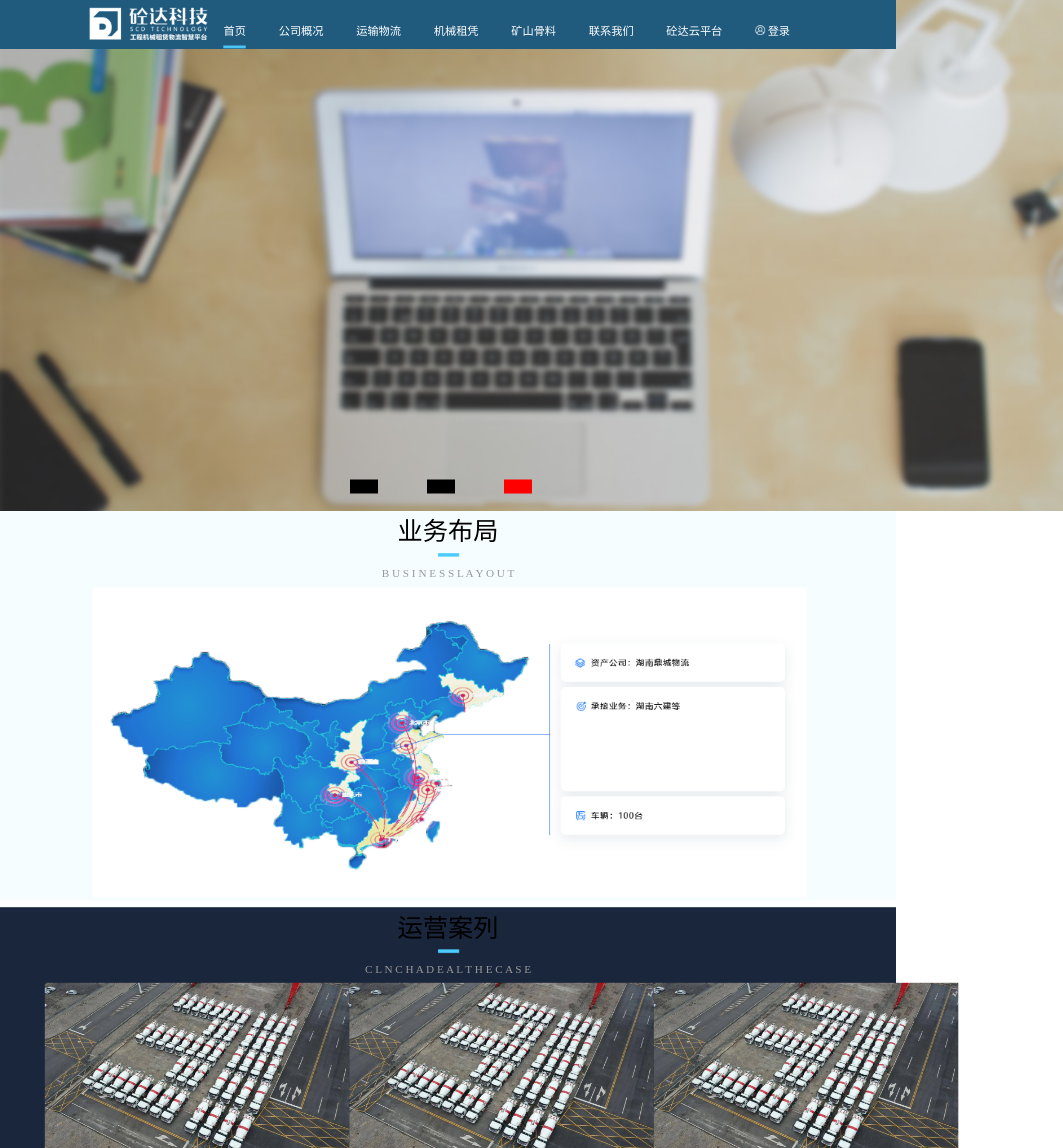
Repository: nzrdjdj/nzrdjdj.github.io
Page: index.html
The author's editor kept a copy of each file at every save. The page is drawn from the files as they stood at one save, then again after a run of saves.
The browser window is 1280 px wide. The page is 1519 px wide, so the pictures cover 1519 px, including what lies to the right of the window. The pictures show the part of the page from y = 0 to 1640 px (the page is 2766 px tall), at 70% of full size.

Above is the page before, as saved 2021-10-09 10:25:45.

### index.html
<!DOCTYPE html>
<html lang="en">

<head>
    <meta charset="UTF-8">
    <meta http-equiv="X-UA-Compatible" content="IE=edge">
    <meta name="viewport" content="width=device-width, initial-scale=1.0">
    <title>首页</title>
    <link rel="stylesheet" href="./css/index.css">
    <link rel="stylesheet" href="./css/lunbo.css">

</head>

<body>
    <div class="all">
        <div class="head">
            <div class="lunbox">
                <div class="lunbo1" id="lonzun">
                    <img style="display: block;" src="./images/slider/bg1.png" alt="">
                    <img src="./images/slider/bg3.jpg" />
                    <img src="./images/slider/bg2.jpg" />
                </div>
                <div class="button" id="bu">
                    <div class="hei"></div>
                    <div></div>
                    <div></div>
                </div>
                <!-- <img src="./images/slider/bg1.png" />
                <img src="./images/slider/bg3.jpg" />
                <img src="./images/slider/bg2.jpg" /> -->
            </div>
            <div class="head-title">
                <div class="head-nav">
                    <div class="left">
                        <image class="" src="./images/logo.png" mode="widthFix" />
                    </div>
                    <div class="right">
                        <div class="hover">首页</div>
                        <div>公司概况</div>
                        <div>运输物流</div>
                        <div>机械租凭</div>
                        <div>矿山骨料</div>
                        <div>联系我们</div>
                        <div>砼达云平台</div>
                        <div>
                            <image class="" src="./images/dl.png" "/>
                            登录
                        </div>
                    </div>
                </div>
            </div>
        </div>
        <div class=" main">
                                <!-- 业务 -->
                                <div class="firstmain">
                                    <div class="firstmain-info">业务布局</div>
                                    <div class="first-border">
                                        <image class="" src="./images/partners/bar.png" />
                                    </div>
                                    <div class="colorstyle">B U S I N E S S L A Y O U T</div>
                                    <div class="main-img">
                                        <image style="width: 80%;margin-top: 10px;" src="./images/partners/map.png"
                                            mode="widthFix" />
                                    </div>
                                </div>
                                <!-- 运营 -->
                                <div class="mainCenter">
                                    <div class="firstmain-info">运营案列</div>
                                    <div class="first-border">
                                        <image class="" src="./images/partners/bar.png" />
                                    </div>
                                    <div class="colorstyle">C L N C H A D E A L T H E C A S E</div>
                                    <div class="pgimg">
                                        <div class="img">
                                            <div class="yui">
                                                <image style="width: 435px;height: 245px;"
                                                    src="./images/partners/car2.png" />
                                                <div class="zzhao">
                                                    <div>查看案例详情</div>
                                                </div>
                                            </div>
                                            <div class="icon">123456</div>
                                        </div>
                                        <div class="img">
                                            <div class="yui">
                                                <image style="width: 435px;height: 245px;"
                                                    src="./images/partners/car2.png" />
                                                <div class="zzhao">
                                                    <div>查看案例详情</div>
                                                </div>
                                            </div>
                                            <div class="icon">123456</div>
                                        </div>
                                        <div class="img">
                                            <div class="yui">
                                                <image style="width: 435px;height: 245px;"
                                                    src="./images/partners/car2.png" />
                                                <div class="zzhao">
                                                    <div>查看案例详情</div>
                                                </div>
                                            </div>
                                            <div class="icon">123456</div>
                                        </div>
                                    </div>
                                    <div class="anli">
                                        <div>更多案例></div>
                                    </div>
                                </div>
                                <!-- 新闻资讯 -->
                                <div class="ctenrnew">
                                    <div class="xinwen">
                                        <div class="firstmain-info">新闻资讯</div>
                                        <div class="first-border">
                                            <image class="" src="./images/partners/bar.png" />
                                        </div>
                                        <div class="colorstyle">N E W S A N D infomation</div>
                                    </div>
                                    <div class="news">
                                        <div style="    padding-top: 22px;">
                                            <div>
                                                <image style="width: 435px;height: 245px;"
                                                    src="./images/partners/car2.png" />
                                            </div>
                                            <div style="width: 435px;">
                                                展会预告| 与您相约2021年长沙国际工程机械展览会<br>
                                                <span
                                                    style="color: gray;">2021长沙国际工程机械展览会将于5月19日在长沙国际会展中心拉开帷幕。这将是今年全球唯一举办的30万平方米超大型工程机械行业展会。</span>
                                            </div>
                                        </div>
                                        <div>
                                            <div
                                                style="height: 125px; margin-top: 20px; background-color: #fff;margin-left:10px;">
                                                <div style="display: flex;">
                                                    <div style="margin-left: 20px; margin-top: 20px;">
                                                        <div style="color: gray;font-size: 24px;">15</div>
                                                        <div style="color: gray;margin-top: 30px;">2021-03</div>
                                                    </div>
                                                    <div style="padding: 15px; line-height: 30px;">
                                                        <div>混凝土泵车的使用应注意哪些事项</div>
                                                        <span
                                                            style="color: gray;margin-top: 30px;padding-top: 20px; margin-left: 10px;">凝土泵车在进行各项操作时应有专业<br>的操作人员对其进行系统的培训...</span>
                                                    </div>
                                                </div>
                                            </div>
                                            <div
                                                style="height: 125px; margin-top: 20px; background-color: #fff;margin-left:10px;">
                                                <div style="display: flex;">
                                                    <div style="margin-left: 20px; margin-top: 20px;">
                                                        <div style="color: gray;font-size: 24px;">15</div>
                                                        <div style="color: gray;margin-top: 30px;">2021-03</div>
                                                    </div>
                                                    <div style="padding: 15px; line-height: 30px;">
                                                        <div>混凝土泵车的使用应注意哪些事项</div>
                                                        <span
                                                            style="color: gray;margin-top: 30px;padding-top: 20px; margin-left: 10px;">凝土泵车在进行各项操作时应有专业<br>的操作人员对其进行系统的培训...</span>
                                                    </div>
                                                </div>
                                            </div>
                                        </div>
                                        <div>
                                            <div
                                                style="height: 125px; margin-top: 20px; background-color: #fff;margin-left:10px;">
                                                <div style="display: flex;">
                                                    <div style="margin-left: 20px; margin-top: 20px;">
                                                        <div style="color: gray;font-size: 24px;">15</div>
                                                        <div style="color: gray;margin-top: 30px;">2021-03</div>
                                                    </div>
                                                    <div style="padding: 15px; line-height: 30px;">
                                                        <div style="color: #56CFFF;">混凝土泵车的使用应注意哪些事项</div>
                                                        <span
                                                            style="color: gray;margin-top: 30px;padding-top: 20px; margin-left: 10px;">凝土泵车在进行各项操作时应有专业<br>的操作人员对其进行系统的培训...</span>
                                                    </div>
                                                </div>
                                            </div>
                                            <div
                                                style="height: 125px; margin-top: 20px; background-color: #fff;margin-left:10px;">
                                                <div style="display: flex;">
                                                    <div style="margin-left: 20px; margin-top: 20px;">
                                                        <div style="color: gray;font-size: 24px;">15</div>
                                                        <div style="color: gray;margin-top: 30px;">2021-03</div>
                                                    </div>
                                                    <div style="padding: 15px; line-height: 30px;">
                                                        <div>混凝土泵车的使用应注意哪些事项</div>
                                                        <span
                                                            style="color: gray;margin-top: 30px;padding-top: 20px; margin-left: 10px;">凝土泵车在进行各项操作时应有专业<br>的操作人员对其进行系统的培训...</span>
                                                    </div>
                                                </div>
                                            </div>
                                        </div>
                                    </div>
                                </div>
                                <!-- 关于我们 -->
                                <div class="about">
                                    <div class="xinwen">
                                        <div class="ab">关于我们</div>
                                        <div class="first-border">
                                            <image class="" src="./images/partners/bar.png" />
                                        </div>
                                        <div class="colorstyle">A B 0 U T US</div>
                                    </div>
                                    <div class="aboutinfo">
                                        <div class="oneaboutinfo">
                                            <div style="padding-left:10px;"> 砼 达 科 技 是 一 家 服 务 于 混 凝 土 及 原 材 料 生 产 、 物 流
                                                、 施 工 的 共 享 智 能 化 平 台 。</div>
                                            <div>愿 景 ： 推 动 混 凝 土 产 业 数 字 文 明 进 程 ， 打 造 混 凝 土 高 效 流 通 生 态 圈 ; </div>
                                            <div>使 命 ： 打 造 一 个 社 会 化 高 度 协 同 、 智 慧 的 工 程 机 械 物 联 网 运 营 平 台 </div>
                                            <div> 核 心 价 值 观 ： 服 务 创 造 价 值 ， 专 业 赢 得 信 任 ， 坚 持 成 就 梦 想 ， 奋 斗 改 变 生 活
                                            </div>
                                        </div>
                                        <div>
                                            <image style="height:200px;width: 460px;" src="./images/partners/city.png"
                                                mode="widthFix" />
                                        </div>
                                    </div>
                                </div>
                        </div>
                    </div>
                    <div class="footer">
                        <div class="footerinfo">
                            <div class="left">
                                <div>
                                    <image style="margin-top: 30px;" src="./images/banner1.png" />
                                </div>
                                <div style="display: flex; justify-content: space-between;width: 700px;">
                                    <div style="margin-top: 10px; margin-left: -10px;">
                                        <image src="" />
                                        📞 电 话: 1 5 0 8 4 9 3 5 5 5 5
                                    </div>
                                    <div style="margin-top: 10px;">📫 邮 箱: 1 2 3 7 1 5 8 3 0 @ qq.com</div>
                                </div>
                                <div style="margin-top: 10px;">
                                    地址:长 沙 市 雨 花 区 德 思 勤 广 场 1 栋 605室
                                </div>
                                <div style="margin-top: 10px;">
                                    友情链接 : 长沙鼎宸机械设备租赁有限公司 | 湖南鼎宸物流有限公司 | 湖南砼达物流有限公司 | 湖南鑫铅锂新能源科技有限公司 | 贵州砼达科技有限公司
                                </div>
                            </div>
                            <div class="right">
                                <div style="text-align: center;">
                                    <div style="color: #fff;">关于我们</div>
                                    <div class="font">砼达简介</div>
                                    <div class="font">商混物流</div>
                                    <div class="font">机械租凭</div>
                                    <div class="font">矿山骨科</div>
                                </div>
                                <div>
                                    <div style="color: #fff;">关注我们<span
                                            style="color: gray;font-size: 12px;">(扫一扫)</span></div>
                                    <div class="ewm"></div>
                                </div>
                            </div>
                        </div>
                        <div class="last">
                            <div class="last-info font"></div>
                            <div class="font">Copyight 2012-2015 砼达科技 版权所有 honghu.com 湘ICP备15019654号.</div>
                        </div>
                    </div>
                    <script>
                        var lonzun = document.getElementById("lonzun").children;
                        // var left = document.getElementsByClassName("left")[0];
                        var lunbox = document.getElementsByClassName("lunbox")[0];
                        // var right = document.getElementsByClassName("right")[0];
                        var bu = document.getElementById("bu").children;
                        var index = 0
                        function str() {
                            index++
                            if (index >= 3) {
                                index = 0;
                            }
                            main()
                        }

                        function main() {
                            for (var i = 0; i < lonzun.length; i++) {
                                lonzun[i].style.display = "none"
                                bu[i].classList.remove("hei")
                            }
                            lonzun[index].style.display = "block"
                            bu[index].classList.add("hei")
                        }

                        item = setInterval(str, 1000)
                        // 自动轮播
                        lunbox.onmouseover = function () {
                            clearInterval(item)
                        }
                        lunbox.onmouseout = function () {
                            item = setInterval(str, 1000)
                        }
                    </script>
</body>

</html>

### css/index.css
*{
    margin: 0;
    padding: 0;
}
.head-title{
    position: relative;
    line-height: 70px;
    top: 0;
    left: 0;
    width: 100%;
    position: fixed;
    background-color: #205B7E;
    height: 70px;
    z-index:99;
}
.head-nav{
    width: 80%;
    margin: 0 auto;
    display: flex;
}
.head-nav .left{
    flex: 1;
    margin-top: 10px;
}
.head-nav div{
    height: 55px;
}
.head-title .right{
    display: flex;
    color: #fff;
    width: 880px;
    cursor: pointer;
    justify-content: space-around;
}

.hover{
    border-bottom: 4px solid #49C5F6;
    text-align: center;
}

/* 轮播 */
.haed-logo{
    display: flex;
    overflow: hidden;

}
.haed-logo img{
    /* position: absolute; */
    width: 100%;
    float: right;
    border: 1px solid red;
}



/* main */
.main{
    width: 100%;
    position: relative;
}
.firstmain{
    text-align: center;
    background-color: #F6FDFE;
}
.firstmain-info{
    font-size: 36px;
}
.colorstyle{
    margin-top: 10px;
    color: #999999;
}
.mainCenter{
    /* background: url(../images/service/logo.png); */
    margin-top: 10px;
    text-align: center;
    background-color: #19263C;
}
.pgimg{
    display: flex;
    width: 90%;
    margin: 0 auto;
    margin-top: 10px;
    justify-content: space-between;
}
.yui{
    height: 245px;
}
.icon{
    width: 435px;
    height: 25px;
    background: #fff;
}
.zzhao{
    font-size: 15px;
    width: 435px;
    height: 245px;
    background: rgba(0, 0, 0, 0.5);
    position: absolute;
    margin-top: -249px;
    display: none;
}
.yui:hover .zzhao{

    display: block;
}
.zzhao div{
    color:#49C5F6;
    padding: 10px;
    border: 1px solid #49C5F6;
    width: 100px;
    margin: 100px auto;
    cursor: pointer;
}
.anli{
    color: #fff;
    padding: 10px;
    border: 1px solid #fff;
    width: 100px;
    height: 10px;
    border-radius: 5px;
    cursor: pointer;
    margin: 10px auto;
    text-align: center;
    line-height: 10px;
}
.xinwen{
    margin-top: 10px;
    text-align: center;
}
.news{
    width: 80%;
    margin: 10px auto;
    display: flex;
}
.news div{
   /* flex: 1; */

}
.ctenrnew{

    background-color: #F6FBFE;
}
.about{
    background-color: #0E0F1B;
    height: 330px;
}
.ab{
    color:#fff;
    font-size: 36px;
}
.aboutinfo{
    display: flex;
    width: 80%;
    margin: 0 auto;
}
.oneaboutinfo{
    width: 65%;
}
.aboutinfo{
    margin-top: 10px;
}
.oneaboutinfo div{
    padding: 10px;
    font-size: 12px;
    color: #fff;
}
.footer{
    width: 100%;
    height: 225px;
    background-color: #1B222E;
    margin-top: -10px;
}
.footerinfo{
    display: flex;
    width: 80%;
    margin: 10px auto;
}
.left{
    color: gray;
    font-size: 12px;
}
.right{
    margin-top: 10px;
    width: 20%;
    display: flex;
    justify-content: space-between;
}
.font{
    margin-top: 10px;
    color: gray;
    font-size: 12px;
}
.ewm{
    margin-top: 10px;
    width: 70px;
    height: 70px;
    background-color: #fff;
}
.last{
    width: 80%;
    margin: 0 auto;
}
.last-info{
    border-top: 1px solid gray;
}

### css/lunbo.css
.lunbo1 img{
    width: 1519px;
    height: 730px;
    position: absolute;
    display: none;
}
.lunbox{
    height: 730px;
}
.button div {
    width: 40px;
    height: 20px;
    /* border-radius: 50%; */
    background: black;

}

.button {
    position: absolute;
    display: flex;
    justify-content: space-between;
    width: 260px;
    top: 685px;
    left: 500px;
}

.hei {
    background: red !important;
}

After the next 2 saves:
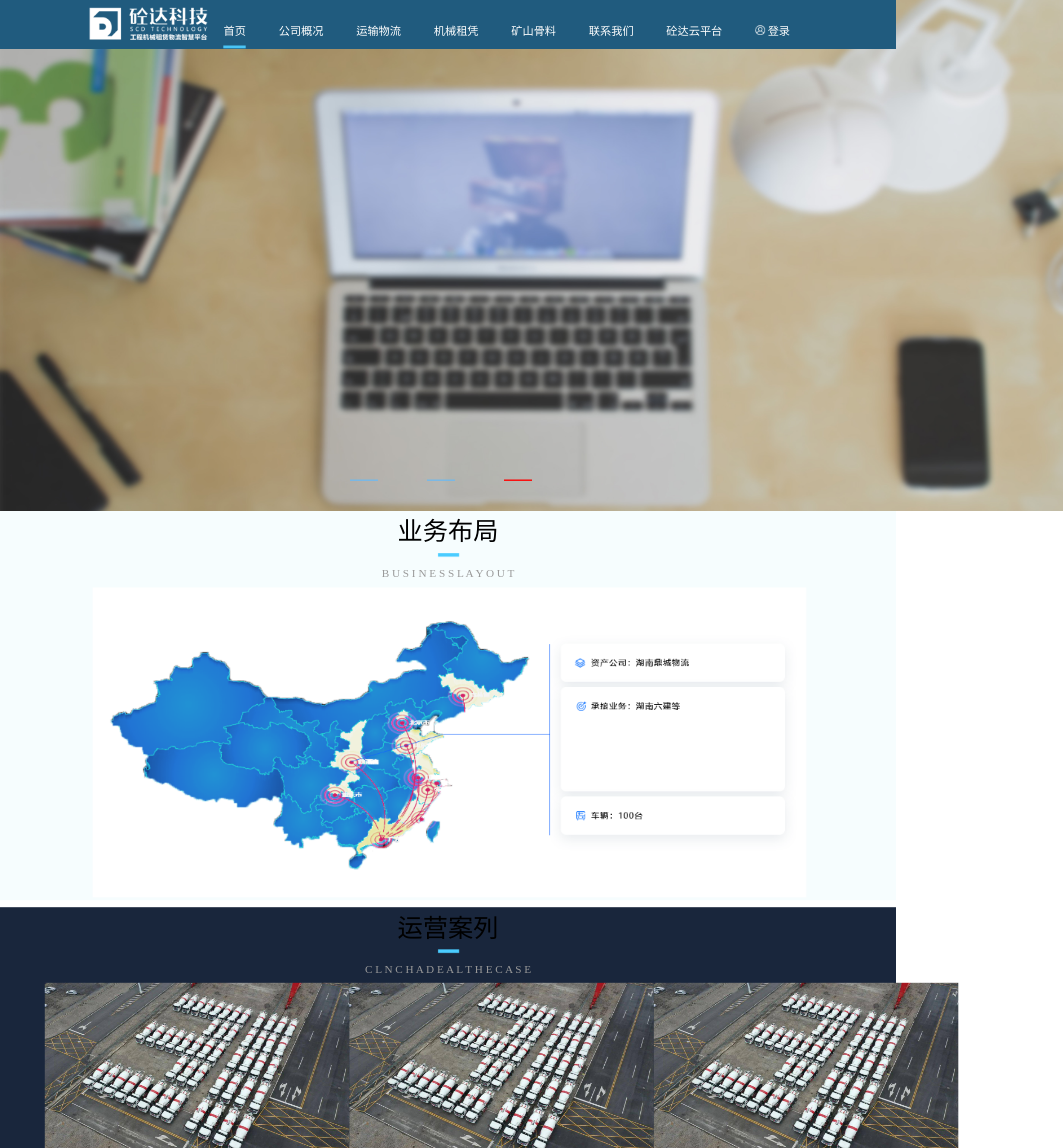
The 2 saves are shown as one change because they came seconds apart.
The last was saved 61 s later.
--- a/css/lunbo.css
+++ b/css/lunbo.css
@@ -9,9 +9,9 @@
 }
 .button div {
     width: 40px;
-    height: 20px;
+    height: 2px;
     /* border-radius: 50%; */
-    background: black;
+    background: #75b9ea;
 
 }
 
